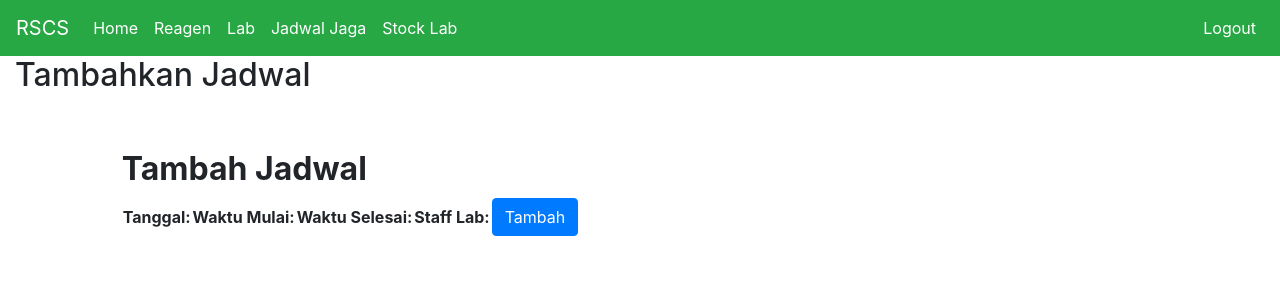
Repository: usamah1707/Tugas-Akhir-Kelompok-6
Page: http://localhost/add-Jadwal
These files come from the project's save history. The page is drawn as it stood at one moment and after the next save; the edit follows.
The browser window is 1280 px wide. The pictures show the whole page.
The page is this project's Thymeleaf template; nobody is signed in. The template is opened directly, without the code that normally fills it, so the values that code supplies are empty.

Above is the page before, as saved 2019-06-04 04:57:31.

### TA_6/src/main/resources/templates/add-Jadwal.html
<!DOCTYPE html>
<html xmlns:th="http://www.thymeleaf.org">
<head>
    <title>Add Jadwal</title>
     <object th:include="fragments/fragment :: css" th:remove="tag"></object>
    <object th:include="fragments/fragment :: js" th:remove="tag"></object>
</head>
<body>
    <nav th:replace="fragments/fragment :: navbar"></nav>
	<div class="container-fluid">
		<h2>Tambahkan Jadwal</h2>
		  <div class="row">
            <span class="col-md-1"></span>
            <div class="col-md-10">
                    <br>
		<div class="row">
		<div class="col-md-6">
			<br>
			<h2><strong>Tambah Jadwal</strong></h2>
			<form th:action="@{/lab/jadwal-jaga/tambah}" th:object="${jadwal}" method="POST">
				<table>
					<thead>
						<tr>
							<th>Tanggal: </th>
							<th>Waktu Mulai: </th>
							<th>Waktu Selesai: </th>
							<th>Staff Lab: </th>
							<th>
								<button type="submit" class="btn - btn-primary">Tambah</button>
							</th>
						</tr>
					</thead>
					<tbody>
						<tr th:each ="Staff, iterationStatus : ${staffLab}">
							<td>
								<input type ="date" th:id="tanggal" th:attr="min=${today}" th:name="staffLab[__${iterationStatus.index}__].time">


					</tbody>

				</table>

			</form>
		</div>
		</div>
	</div>
</body>
</html>

### TA_6/src/main/resources/templates/fragments/fragment.html
<!DOCTYPE html>
<html xmlns:th="http://www.thymeleaf.org">

<head>
    <title>Home</title>
	<head th:fragment="metas">
		<meta charset="utf-8">
    	<meta name="viewport" content="width=device-width, initial-scale=1, shrink-to-fit=no">
	</head>
    <head th:fragment="css">
    	<link rel="stylesheet" th:href="@{/css/style.css}">
        <link rel="stylesheet" th:href="@{/css/bootstrap.min.css}">
        <!-- <link rel="stylesheet" href="style.css"> -->

    </head>

    <head th:fragment="js">
    	<script
  src="https://code.jquery.com/jquery-3.3.1.js"
  integrity="sha256-2Kok7MbOyxpgUVvAk/HJ2jigOSYS2auK4Pfzbm7uH60="
  crossorigin="anonymous"></script>
        <script th:src="@{/js/bootstrap.min.js}"></script>
    </head>
</head>

<body>
    <nav th:fragment="navbar" class="navbar navbar-expand-lg navbar-dark bg-success">
        <a class="navbar-brand" th:href="@{/}">RSCS</a>
        <div class="collapse navbar-collapse" id="navbarSupportedContent">
            <ul class="navbar-nav mr-auto">
                <li class="nav-item active">
                    <a class="nav-link" th:href="@{/}">Home</a>
                </li>

                <li class="nav-item active">
                    <a class="nav-link" th:href="@{/lab/kebutuhan}">Reagen</a>
                </li>
                 <li class="nav-item active">
                    <a class="nav-link" th:href="@{/lab/pemeriksaan}">Lab</a>
                </li>
                <li class="nav-item active">
                    <a class="nav-link" th:href="@{/lab/jadwal-jaga/tambah}">Jadwal Jaga</a>
                </li>
                 <li class="nav-item active">
                    <a class="nav-link" th:href="@{/lab/stok}">Stock Lab</a>
                </li>
            </ul>
            <ul class="navbar-nav pull-right">
            	<li class="nav-item active">
            		<a class="nav-link" th:href="@{/logout}">Logout</a>
            	</li>
            </ul>
        </div>
    </nav>
</body>

</html>

### TA_6/src/main/resources/static/css/style.css
body {
  background: #34495e;
  font: normal 300 18px "Roboto", sans-serif;
}

#menu-nav {
  max-width: 1000px;
  margin: 130px auto;
  background-color: #ecf0f1;
  border-radius: 4px;
  box-shadow: 0 2px 5px rgba(0, 0, 0, 0.3);
}

#navigation-bar ul {
  border-radius: 4px;
  overflow: hidden;
}
#navigation-bar li {
  float: left;
  width: 20%;
}
#navigation-bar li:hover a::before {
  right: 0;
  left: 0;
}
#navigation-bar a {
  color: #848484;
  font-size: 20px;
  text-decoration: none;
  text-align: center;
  padding: 20px 0;
  display: block;
  position: relative;
  transition: all 0.3s ease;
}
#navigation-bar a:hover {
  color: #e74c3c;
}
#navigation-bar a::before {
  content: "";
  transition: all 0.4s ease-in-out;
  position: absolute;
  right: 50%;
  left: 50%;
  bottom: 0;
  height: 2px;
  background-color: #e74c3c;
}
#navigation-bar a:hover::before {
  right: 0;
  left: 0;
}

li {
	list-style: none;
}

Loaded but not shown: TA_6/src/main/resources/static/css/bootstrap.min.css (library); TA_6/src/main/resources/static/js/bootstrap.min.js (library)

After the next save:
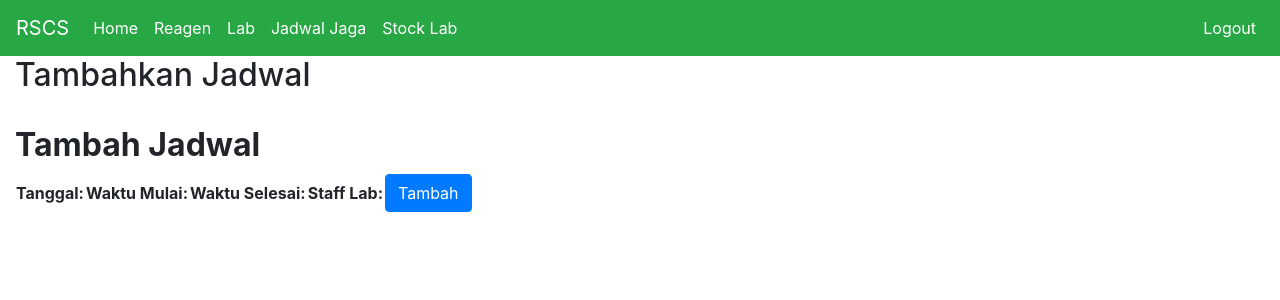
Saved 18 s later.
--- a/TA_6/src/main/resources/templates/add-Jadwal.html
+++ b/TA_6/src/main/resources/templates/add-Jadwal.html
@@ -9,10 +9,7 @@
     <nav th:replace="fragments/fragment :: navbar"></nav>
 	<div class="container-fluid">
 		<h2>Tambahkan Jadwal</h2>
-		  <div class="row">
-            <span class="col-md-1"></span>
-            <div class="col-md-10">
-                    <br>
+
 		<div class="row">
 		<div class="col-md-6">
 			<br>
